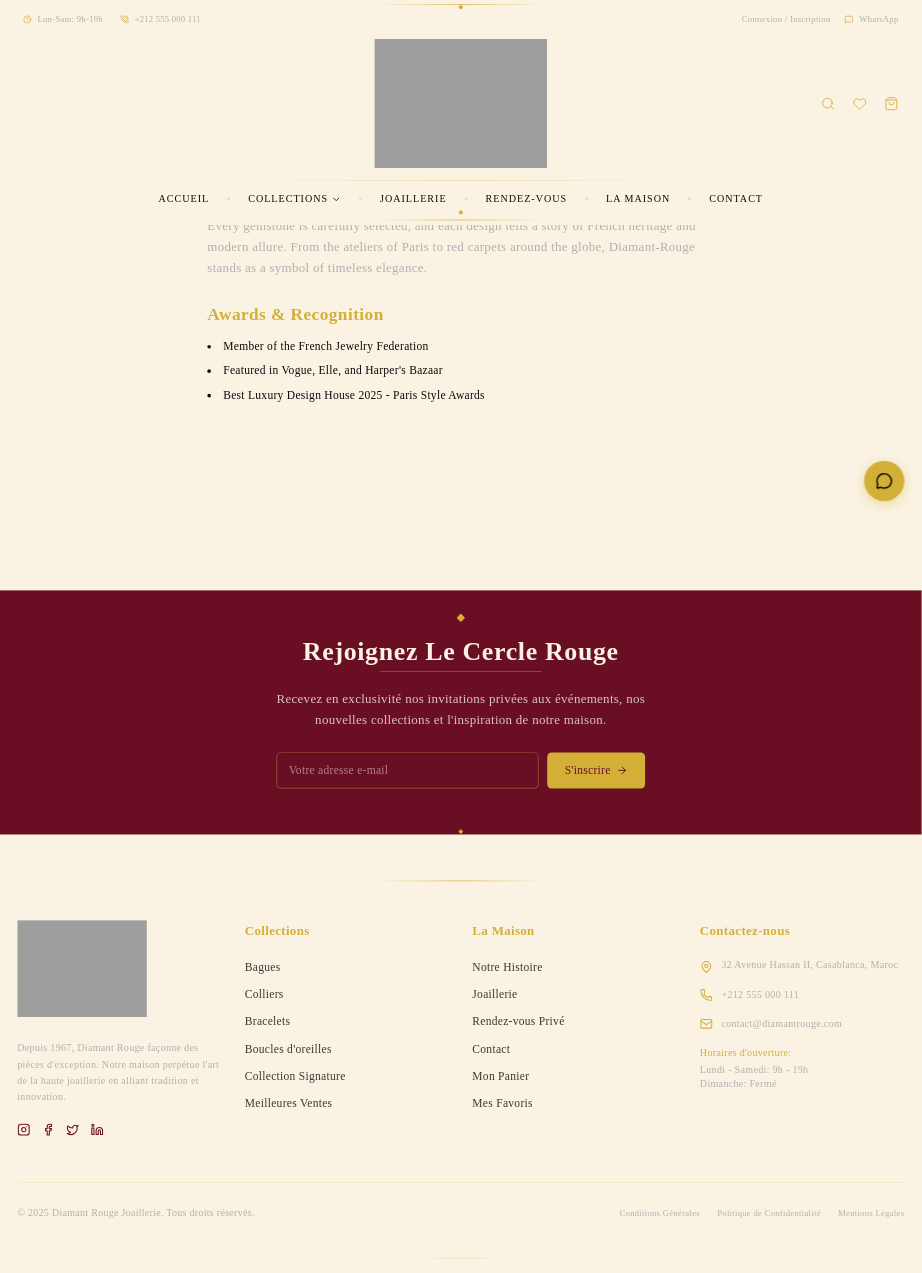
Repository: G-omar-H/diamant-rouge
Page: /about (app in diamant-rouge/)
The author's editor kept a copy of each file at every save. The page is drawn from the files as they stood at one save, then again after the next save.
The browser window is 1280 px wide. The pictures show the whole page, at 72% of full size.
Pictures or frames that could not be fetched are drawn as grey boxes. The page's requests for data from a server got no answer. The project was rebuilt for these pictures with package versions that can differ from the ones it lists, and the page was loaded fresh each time. The framework's server and built-in components were replaced by stand-ins that run in the browser. No one was signed in, and anything a server would have sent is missing. Also part of the build but not shown: diamant-rouge/next.config.js.

Above is the page before, as saved 2025-03-06 14:31:26.

After the next save:
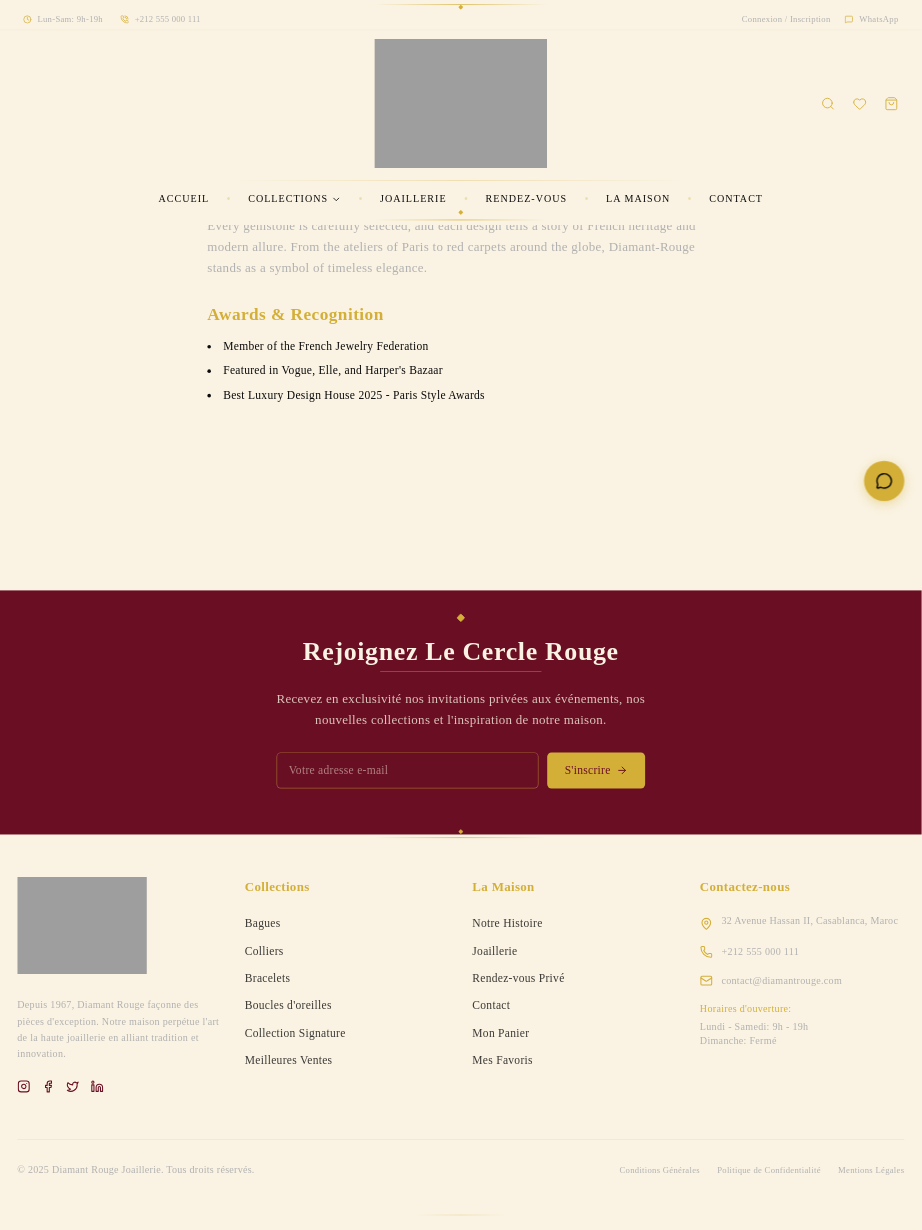
Saved 68 s later.
--- a/diamant-rouge/components/Footer.tsx
+++ b/diamant-rouge/components/Footer.tsx
@@ -78,7 +78,7 @@
       {/* Decorative top border - mirrors header style */}
       <div className="flex justify-center">
         <div className="relative">
-          <div className="h-[1px] w-60 bg-gradient-to-r from-transparent via-brandGold to-transparent my-1.5 mt-16"></div>
+          <div className="h-[1px] w-60 bg-gradient-to-r from-transparent via-brandGold to-transparent my-1.5 mt-1"></div>
           <div className="absolute -top-1 left-1/2 transform -translate-x-1/2 -translate-y-1/2">
             <Diamond size={7} className="text-brandGold fill-brandGold" />
           </div>
